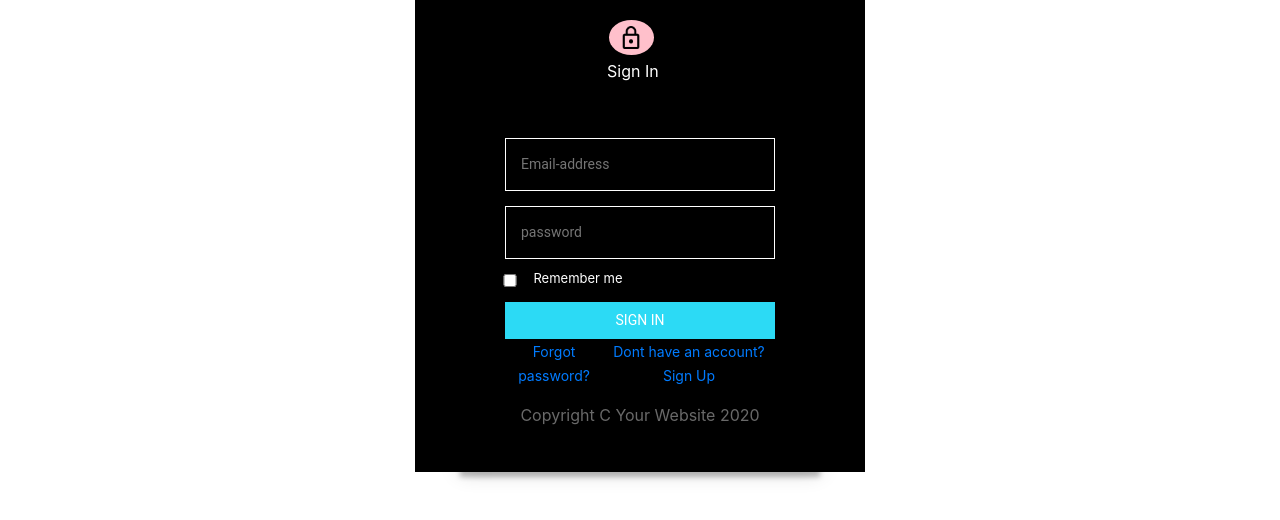
Repository: andbilous/cursor-styled-components
Page: /sign-in
An editor plug-in stored every save of this project. The page is shown before and after the next save, followed by the edit.
The browser window is 1280 px wide. The pictures show the whole page.
The project was rebuilt for these pictures with package versions that can differ from the ones it lists, and the page was loaded fresh each time. Also part of the build but not shown: src/App.css, src/components/SignUpForm.jsx.

Above is the page before, as saved 2020-04-19 16:35:08.

### src/App.js
import React from 'react';
import {
  BrowserRouter as Router,
  Switch,
  Route,
  Link
} from "react-router-dom";
import './App.css';
import SignInForm from './components/SignInForm';
import SignUpForm from './components/SignUpForm';

function App() {
  return (
   <Router>
      <Switch>
          <Route exact path="/sign-in">
            <SignInForm />
          </Route>
          <Route path="/sign-up">
            <SignUpForm />
          </Route>
        </Switch>
   </Router>
  );
}

export default App;

### src/components/SignInForm.jsx
import React from 'react';
import styled from "styled-components";

const SignInFormStyles=styled.div`
*{
  box-sizing: border-box;
}
.login-page {
  width: 450px;
  margin: auto;
  background: #000;
}
.form {
  position: relative;
  z-index: 1;
  max-width: 360px;
  margin: 0 auto;
  margin-top:10px;
  padding: 45px;
  text-align: center;
  box-shadow: 0 0 20px 0 rgba(0, 0, 0, 0.2), 0 5px 5px 0 rgba(0, 0, 0, 0.24);
}
.form input {
  font-family: "Roboto", sans-serif;
  outline: 0;
  border: 1px solid #fff;
  background:transparent;
  width: 100%;
  margin: 0 0 15px;
  padding: 15px;
  font-size: 14px;
}
.form input[type="checkbox"]{
  transform: translateX(-85px);
}
.form button {
  font-family: "Roboto", sans-serif;
  text-transform: uppercase;
  outline: 0;
  background: #2cdaf5;
  width: 100%;
  border: 0;
  padding: 8px;
  color: #FFFFFF;
  font-size: 14px;
  -webkit-transition: all 0.3 ease;
  transition: all 0.3 ease;
  cursor: pointer;
}
.form button:hover,.form button:active,.form button:focus {
  background: #43A047;
}
.form .message {
  margin: 15px 0 0;
  color: #b3b3b3;
  font-size: 12px;
}
.form .message a {
  color: #4CAF50;
  text-decoration: none;
}
.container {
  position: relative;
  z-index: 1;
  max-width: 300px;
  margin: 0 auto;
}
.container:before, .container:after {
  content: "";
  display: block;
  clear: both;
}
.container .info {
  margin: 50px auto;
  text-align: center;
}
.container .info h1 {
  margin: 0 0 15px;
  padding: 0;
  font-size: 36px;
  font-weight: 300;
  color: #1a1a1a;
}
.container .info span {
  color: #4d4d4d;
  font-size: 12px;
}
.container .info span a {
  color: #000000;
  text-decoration: none;
}
.container .info span .fa {
  color: #EF3B3A;
}
body {
  background: #76b852; /* fallback for old browsers */
  background: -webkit-linear-gradient(right, #76b852, #8DC26F);
  background: -moz-linear-gradient(right, #76b852, #8DC26F);
  background: -o-linear-gradient(right, #76b852, #8DC26F);
  background: linear-gradient(to left, #76b852, #8DC26F);
  font-family: "Roboto", sans-serif;
  -webkit-font-smoothing: antialiased;
  -moz-osx-font-smoothing: grayscale;
}
.links{
  display:flex
}
.remember{
color:#fff;
}
.additional{
 color: #2cdaf5;
 display: flex;
 justify-content: space-between;
}
.additional a{
  font-size:14px
 }
.img-container{
  background: pink;
  border-radius: 50%;
  width:10%;
  transform: translateY(20px);
  margin-left: 43%;
}
img{
  margin: 6px 11px;
  width: 50%;
}
.image-label{
  display:block;
  color:#fff;
  margin-left: 12rem;
  margin-top: 1.5rem;
}
.label-remember{
  display: inline-block;
  margin-bottom: .5rem;
  transform: translateX(-152px);
  font-size: 13px;
  width: 50%;
  margin-top: -5px;
}
footer{
  color: dimgrey;
}
`


const SignInForm =() =>{
  return (
    <SignInFormStyles>
<div class="login-page">
  <div class='img-container'>
    <img src={require('../assets/padlock.png')}/>
    </div>
    <span class='image-label'>Sign In</span>

  <div class="form">
    <form class="login-form">
    <input type="text" placeholder="Email-address"/>
      <input type="password" placeholder="password"/>
      <div class='links remember'><input type="checkbox"/><label class='label-remember'>Remember me</label></div>
     <button>Sign In</button>
     <div class='links additional'>
     <p><a href="#">Forgot password?</a></p>
       <p><a href="#">Dont have an account? Sign Up</a></p>
       </div>
       <footer>
       <span>Copyright C Your Website 2020</span>
       </footer>

    </form>
  </div>
</div>
    </SignInFormStyles>

  )
}


export default  SignInForm;

Loaded but not shown: public/index.html (common file); src/index.js (common file); src/index.css (common file); src/serviceWorker.js (common file)

After the next save:
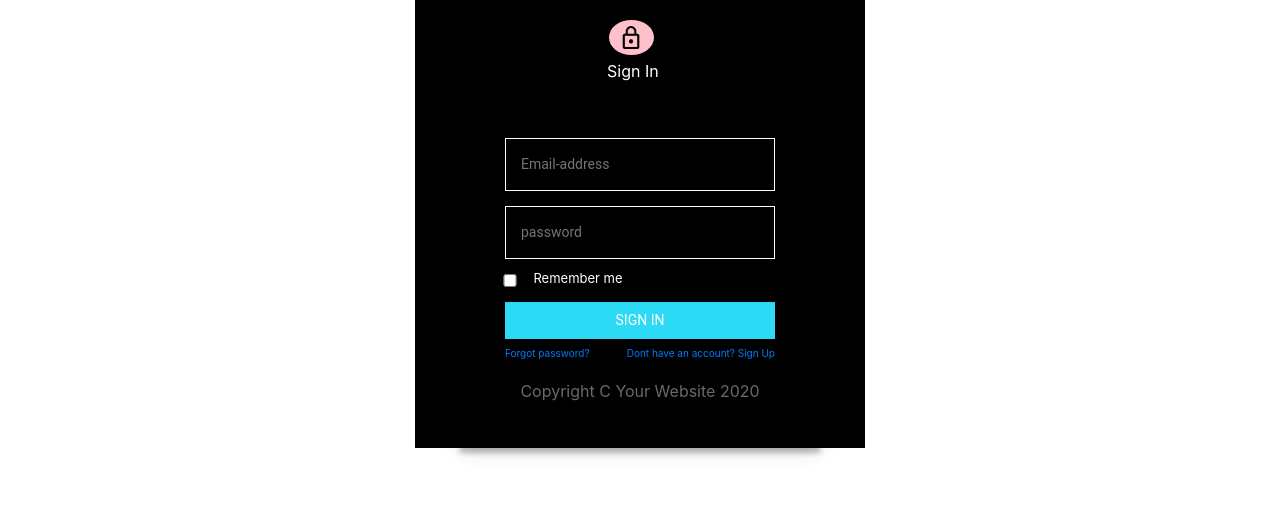
Saved 112 s later.
--- a/src/components/SignInForm.jsx
+++ b/src/components/SignInForm.jsx
@@ -114,7 +114,7 @@ color:#fff;
  justify-content: space-between;
 }
 .additional a{
-  font-size:14px
+  font-size:10px
  }
 .img-container{
   background: pink;
